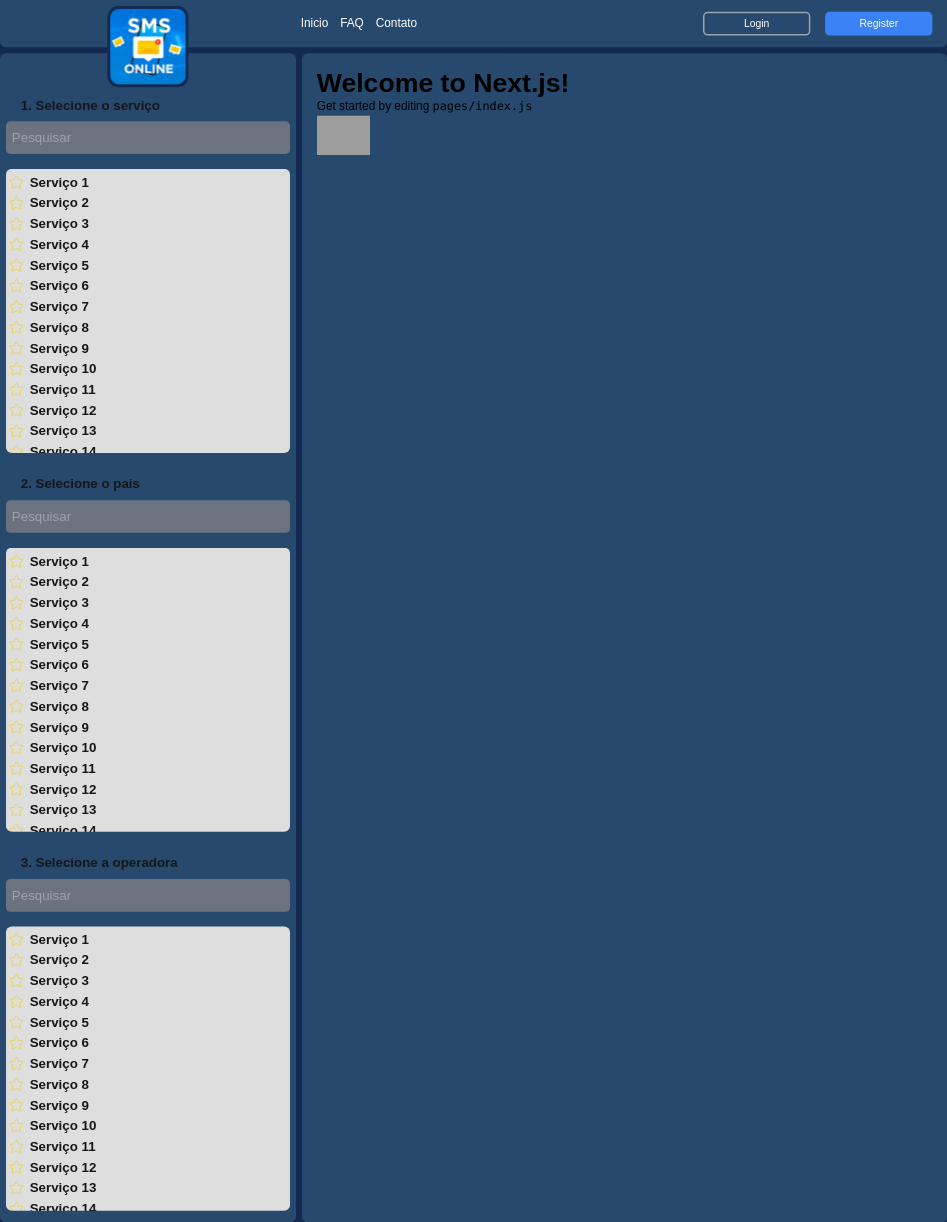
Repository: Felipe-Henrique-Dev/-DIOGO-SMS
Page: /
An editor plug-in stored every save of this project. The page is shown before and after a run of saves, followed by the edit.
The browser window is 1280 px wide. The pictures show the whole page, at 74% of full size.
Pictures or frames that could not be fetched are drawn as grey boxes. The project was rebuilt for these pictures with package versions that can differ from the ones it lists, and the page was loaded fresh each time. The framework's server and built-in components were replaced by stand-ins that run in the browser. Also part of the build but not shown: next.config.ts.

Above is the page before, as saved 2024-12-16 22:32:55.

After the next 2 saves:
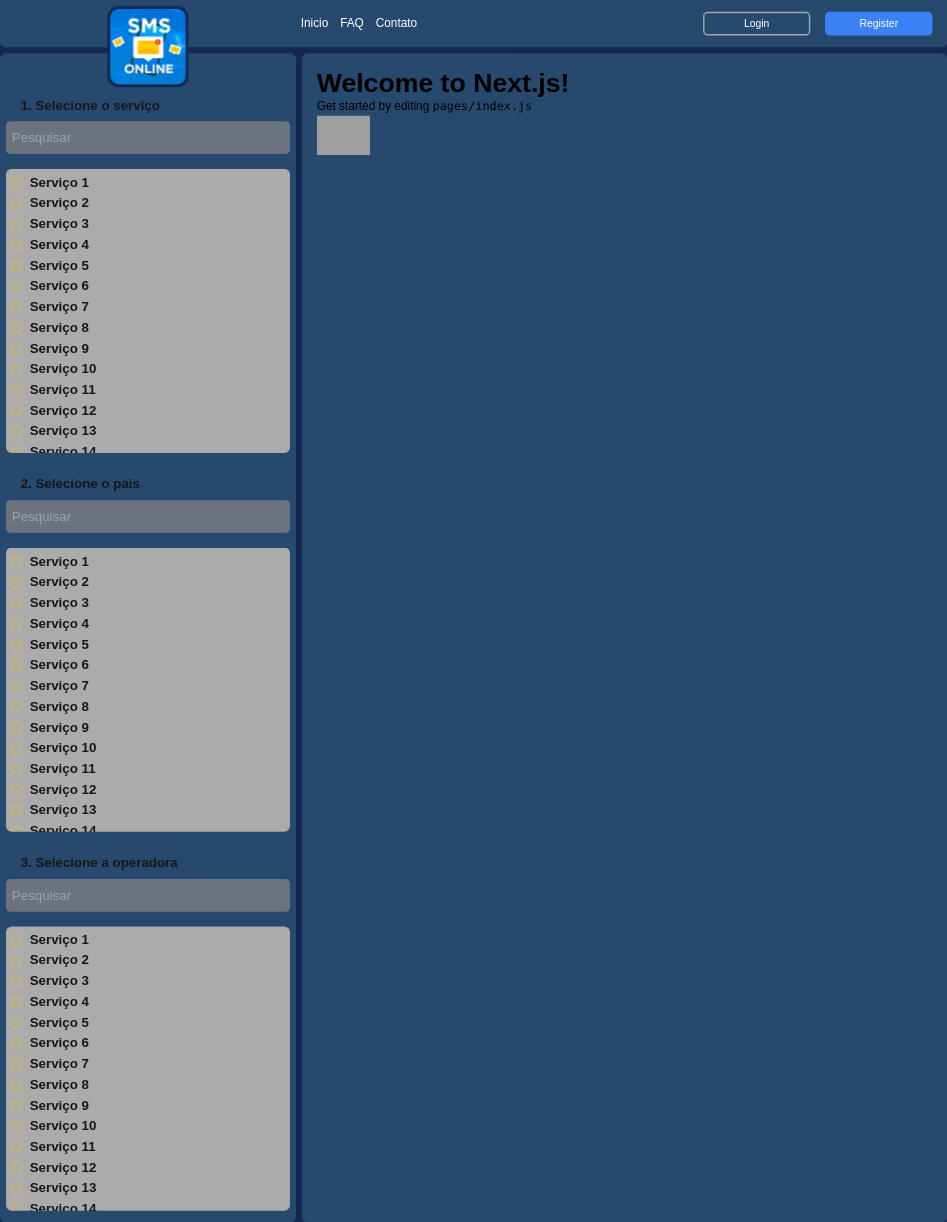
The 2 saves are shown as one change because they came seconds apart.
The last was saved 9 s later.
--- a/src/app/globals.css
+++ b/src/app/globals.css
@@ -5,7 +5,7 @@
 :root {
   --background: hsl(220, 60%, 20%);
   --background-secondary: hsl(211, 47%, 29%);
-  --tertiary: hsl(0, 0%, 87%);
+  --tertiary: hsl(0, 0%, 67%);
   --primary_text: hsl(0, 0%, 100%);
   --foreground: #171717;
   --color-primary: #000;
